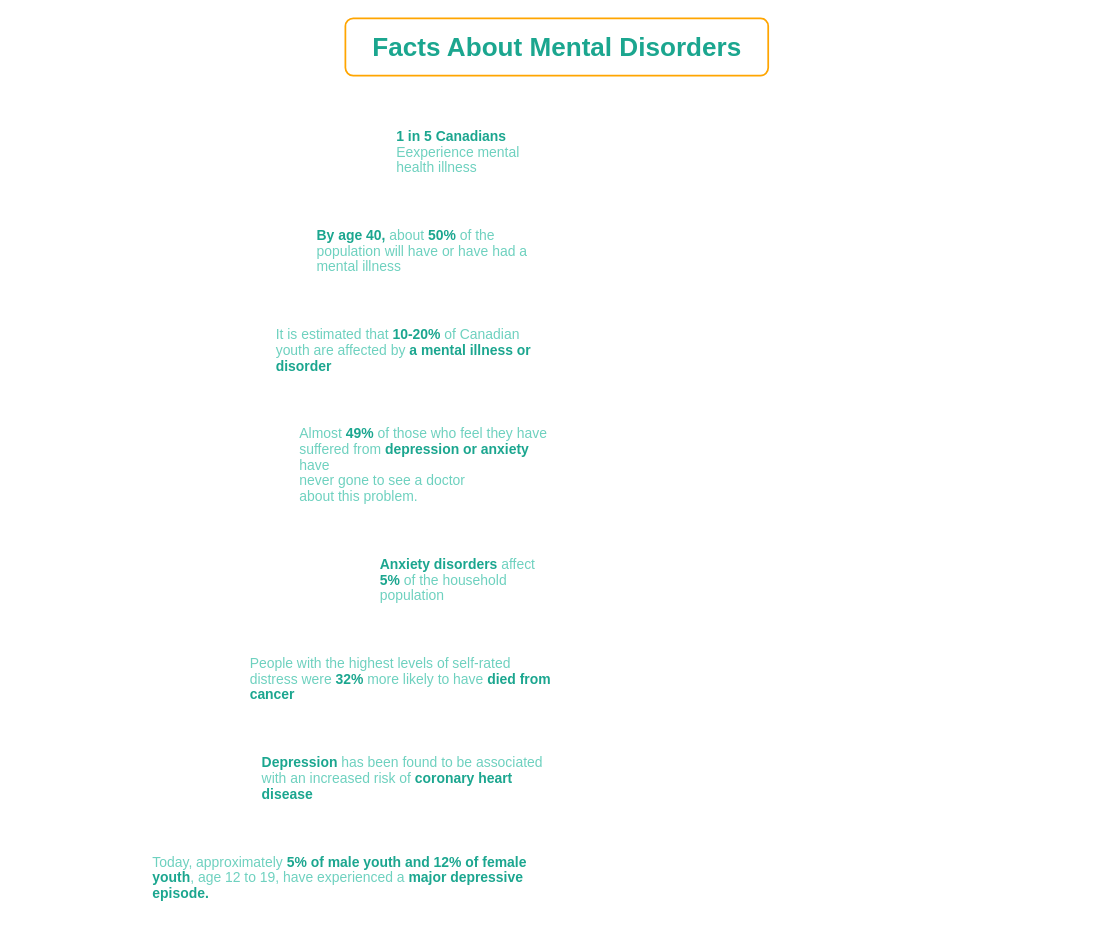
Repository: zzs1/2109-Dynamic-Content-Project
Page: joyce_code/index.html
The author's editor kept a copy of each file at every save. The page is drawn from the files as they stood at one save, then again after the next save.
The browser window is 1280 px wide. The pictures show the whole page, at 87% of full size.
Some web fonts or font styles are not loaded; a fallback is used.

Above is the page before, as saved 2021-03-08 20:51:18.
Console error: TypeError: Cannot read properties of null (reading 'innerHTML')

After the next save:
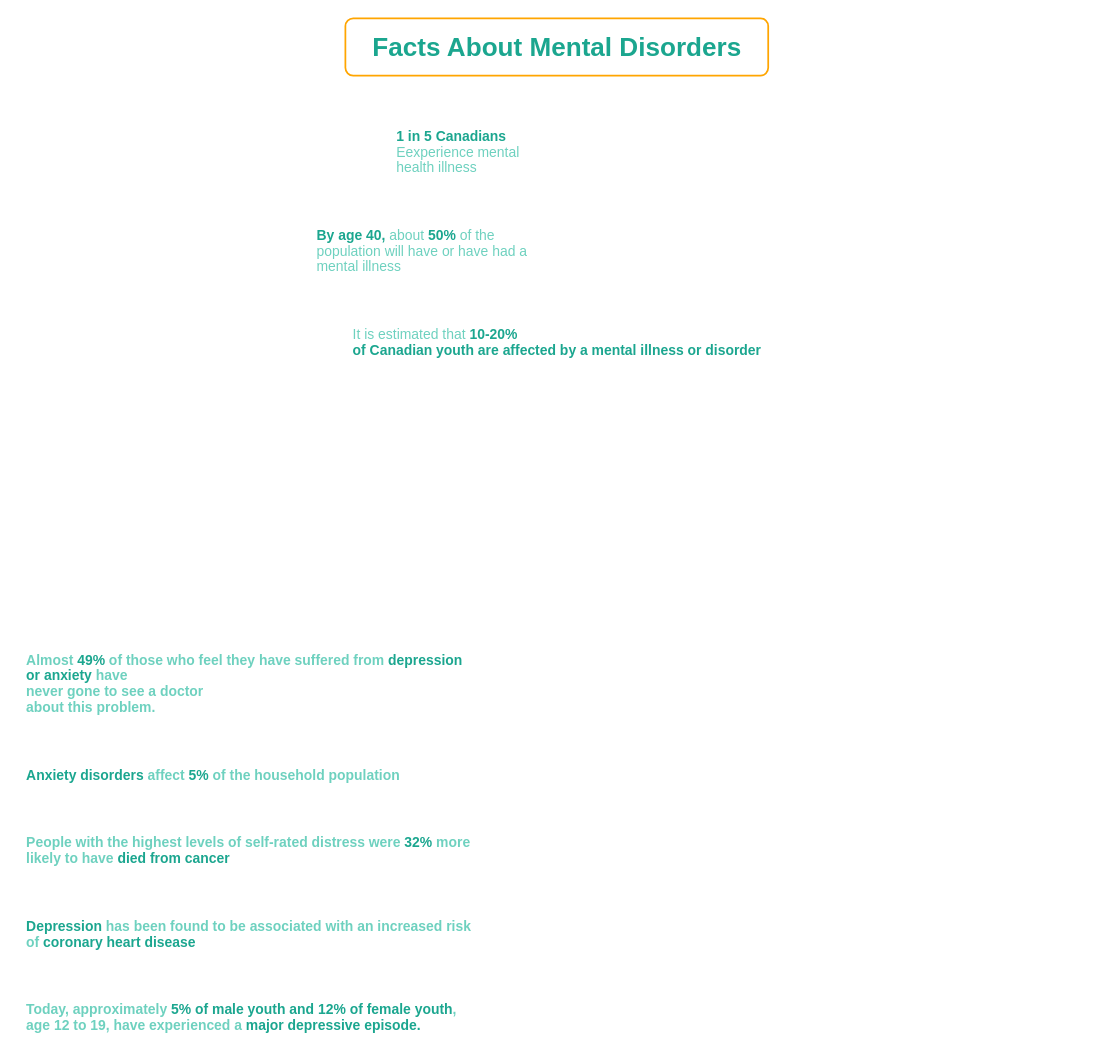
Saved 32 s later.
--- a/joyce_code/index.html
+++ b/joyce_code/index.html
@@ -23,7 +23,7 @@
         </div>
 
         <div class="boxes" id="box3">
-              <div class="text">It is estimated that <div class="highlight">10-20% </div>of Canadian youth are affected by <div class="highlight">a mental illness or disorder</div> </div>
+              <div class="text">It is estimated that <strong class="highlight">10-20% </div>of Canadian youth are affected by <div class="highlight">a mental illness or disorder</div> </div>
               <div class="pic"></div>
         </div>
 

After the save that followed:
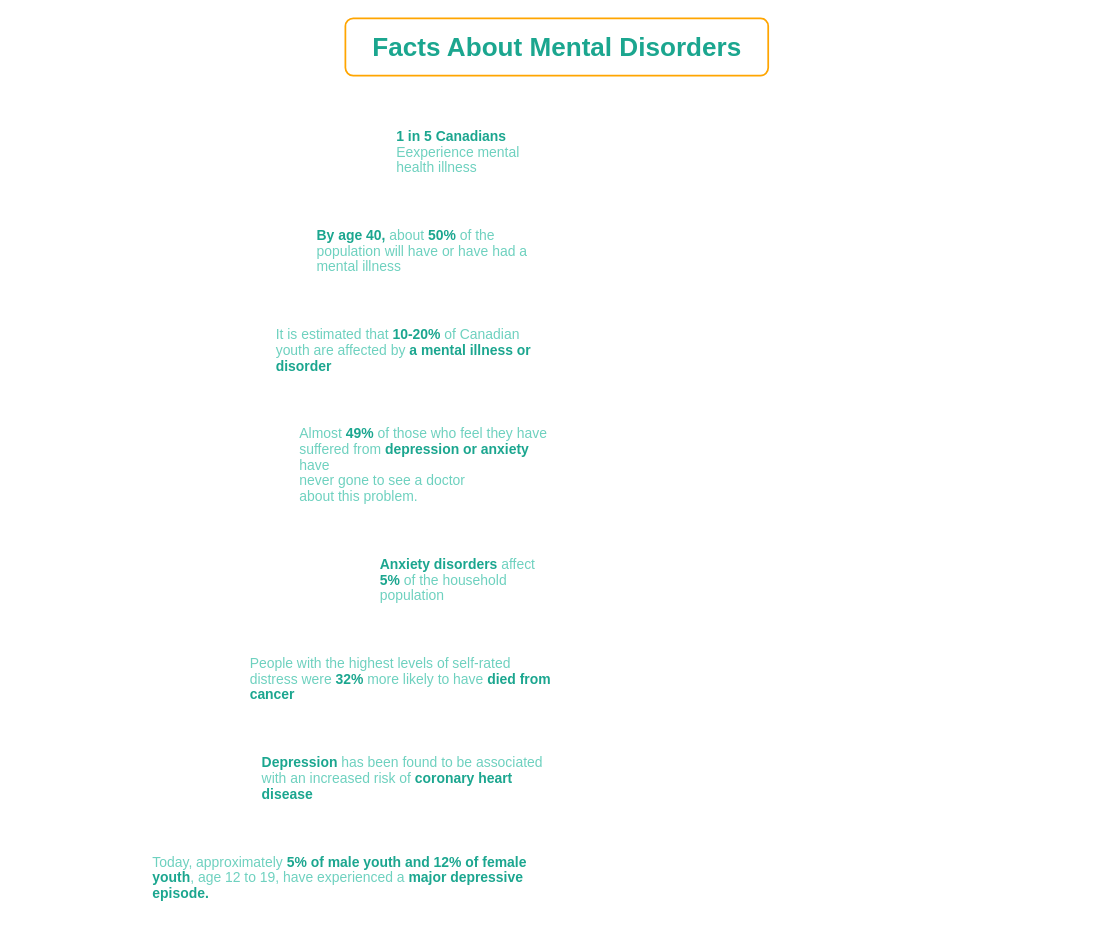
Saved 9 s later.
--- a/joyce_code/index.html
+++ b/joyce_code/index.html
@@ -23,7 +23,7 @@
         </div>
 
         <div class="boxes" id="box3">
-              <div class="text">It is estimated that <strong class="highlight">10-20% </div>of Canadian youth are affected by <div class="highlight">a mental illness or disorder</div> </div>
+              <div class="text">It is estimated that <strong class="highlight">10-20% </strong>of Canadian youth are affected by <div class="highlight">a mental illness or disorder</div> </div>
               <div class="pic"></div>
         </div>
 
